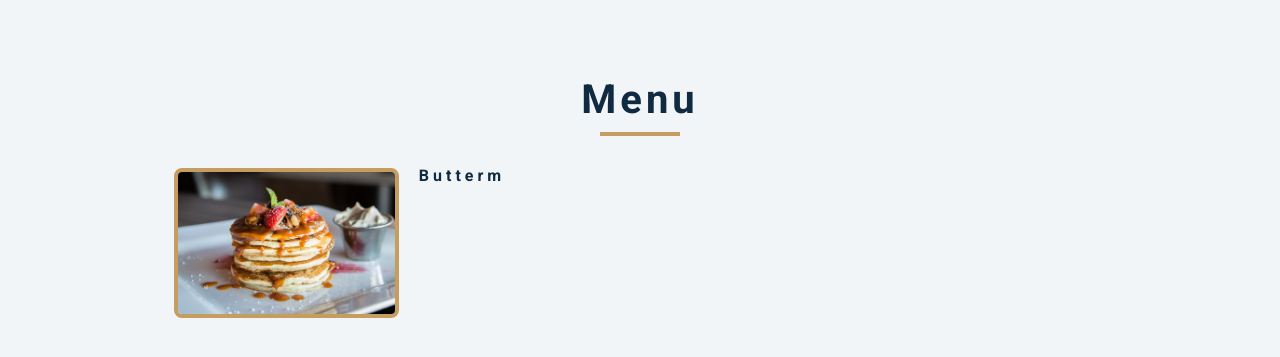
Repository: spidero7/Menu
Page: index.html
These files come from the project's save history. The page is drawn as it stood at one moment and after a run of saves; the edit follows.
The browser window is 1280 px wide. The pictures show the whole page.
Some web libraries are served in a nearby version.

Above is the page before, as saved 2021-09-30 08:33:49.

After the next 3 saves:
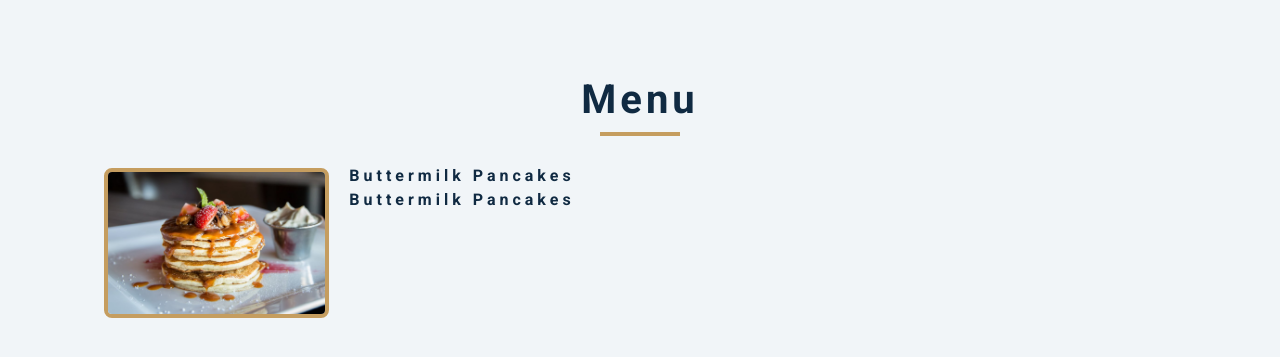
The 3 saves are shown as one change because they came seconds apart.
The last was saved 10 s later.
--- a/index.html
+++ b/index.html
@@ -21,7 +21,8 @@
             <article class="menu-item">
                 <img src="menu-item.jpeg" class="photo" alt="menu-item">
                 <div class="item-info">
-                    <h4>Butterm</h4>
+                    <h4>Buttermilk pancakes</h4>
+                    <h4>Buttermilk pancakes</h4>
                 </div>
             </article>
         </div>
